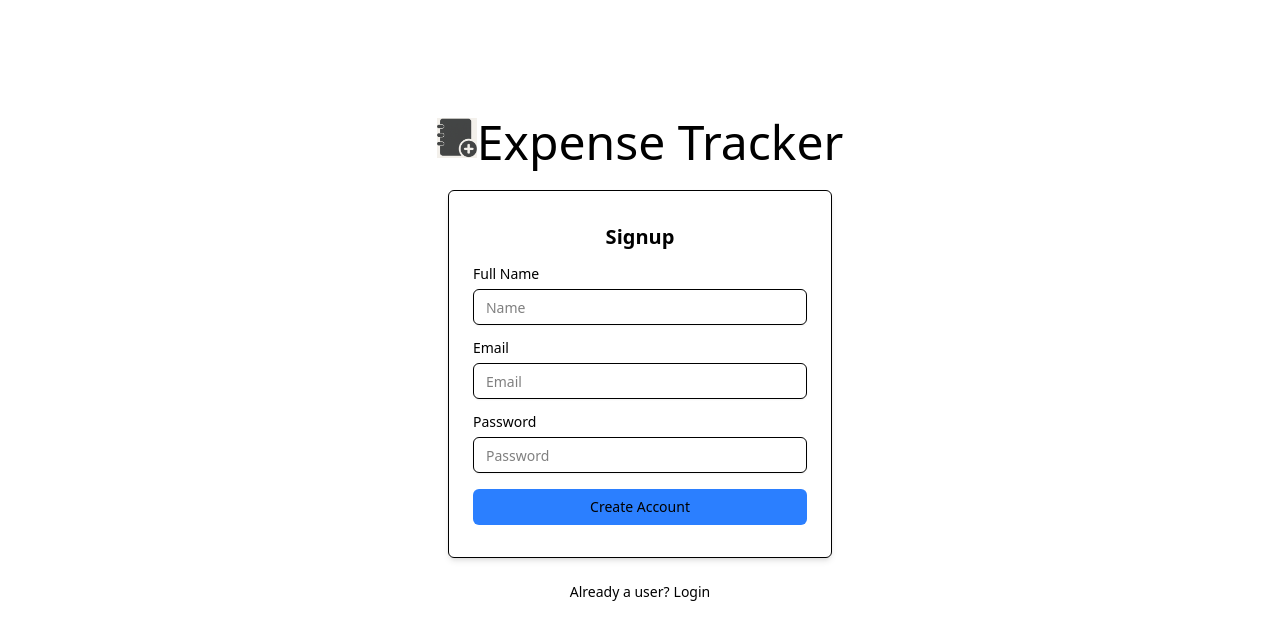
Repository: Syed-Mohsin-Ali786/frontend-expense-tracker
Page: /signup
An editor plug-in stored every save of this project. The page is shown before and after the next save, followed by the edit.
The browser window is 1280 px wide. The pictures show the whole page.
The project was rebuilt for these pictures with package versions that can differ from the ones it lists, and the page was loaded fresh each time. Also part of the build but not shown: src/components/ui/dialog.tsx, src/components/AddExpenseDialog.tsx, src/pages/MainPage.tsx.

Above is the page before, as saved 2025-09-30 11:02:12.

### index.html
<!doctype html>
<html lang="en">
  <head>
    <meta charset="UTF-8" />
    <link rel="icon" type="image/svg+xml" href="/ExpenseTracker.png" />
    <meta name="viewport" content="width=device-width, initial-scale=1.0" />
    <title>Expense Tracker</title>
  </head>
  <body>
    <div id="root"></div>
    <script type="module" src="/src/main.tsx"></script>
  </body>
</html>

### src/main.tsx
import { StrictMode } from "react";
import { createRoot } from "react-dom/client";

import App from "./App.tsx";
import { BrowserRouter } from "react-router-dom";

createRoot(document.getElementById("root")!).render(
    <StrictMode>
  <BrowserRouter>
      <App />
  </BrowserRouter>
    </StrictMode>
);

### src/App.tsx
import { Route, Routes } from "react-router-dom";
import MainPage from "./pages/MainPage";
import "./App.css";
import SignUp from "./pages/SignUp";


function App() {
  return (
    <>
    <Routes>

      <Route path="/" element={<MainPage/>}/>
      <Route path="/signup" element={<SignUp/>}/>
    </Routes>
    </>
  );
}

export default App;

### src/pages/SignUp.tsx
import { Button } from "@/components/ui/button";
import { Input } from "@/components/ui/input";
import { Label } from "@/components/ui/label";
import { Link } from "react-router";

interface Signup2Props {
  heading?: string;
  logo?: {
    url: string;
    src: string;
    alt: string;
    title?: string;
  };
  buttonText?: string;
  googleText?: string;
  signupText?: string;
  signupUrl?: string;
}

const SignUp = ({
  heading = "Signup",
  logo = {
    url: "/",
    src: "/ExpenseTracker.png",
    alt: "logo",
    title: "Expense Tracker",
  },
   buttonText = "Create Account",
  signupText = "Already a user?",
  signupUrl = "/login",
}: Signup2Props) => {
  return (
    <section className="bg-muted h-screen">
      <div className="flex h-full items-center justify-center">
        <div className="flex flex-col items-center gap-6 lg:justify-start">
          {/* Logo */}
          <Link to={logo.url} className="flex">
            <img
              src={logo.src}
              alt={logo.alt}
              title={logo.title}
              className="h-10 dark:invert"
            />
            <h1 className="text-2xl sm:text-3xl md:text-4xl lg:text-5xl">{logo.title}</h1>
          </Link>
          <div className="min-w-sm border-muted bg-background flex w-full max-w-sm flex-col items-center gap-y-4 rounded-md border px-6 py-8 shadow-md">
            {heading && <h1 className="text-xl font-semibold">{heading}</h1>}
            <div className="flex w-full flex-col gap-2">
              <Label>Full Name</Label>
              <Input
                type="text"
                placeholder="Name"
                className="text-sm"
                required
              />
            </div>
            <div className="flex w-full flex-col gap-2">
              <Label>Email</Label>
              <Input
                type="email"
                placeholder="Email"
                className="text-sm"
                required
              />
            </div>
            <div className="flex w-full flex-col gap-2">
              <Label>Password</Label>
              <Input
                type="password"
                placeholder="Password"
                className="text-sm"
                required
              />
            </div>
            <Button type="submit" className="w-full bg-blue-500 hover:bg-blue-600 cursor-pointer">
              {buttonText}
            </Button>
          </div>
          <div className="text-muted-foreground flex justify-center gap-1 text-sm">
            <p>{signupText}</p>
            <Link
              to={signupUrl}
              className="text-primary font-medium hover:underline"
            >
              Login
            </Link>
          </div>
        </div>
      </div>
    </section>
  );
};

export default SignUp;

### src/components/ui/button.tsx
import * as React from "react"
import { Slot } from "@radix-ui/react-slot"
import { cva, type VariantProps } from "class-variance-authority"

import { cn } from "@/lib/utils"

const buttonVariants = cva(
  "inline-flex items-center justify-center gap-2 whitespace-nowrap rounded-md text-sm font-medium transition-all disabled:pointer-events-none disabled:opacity-50 [&_svg]:pointer-events-none [&_svg:not([class*='size-'])]:size-4 shrink-0 [&_svg]:shrink-0 outline-none focus-visible:border-ring focus-visible:ring-ring/50 focus-visible:ring-[3px] aria-invalid:ring-destructive/20 dark:aria-invalid:ring-destructive/40 aria-invalid:border-destructive",
  {
    variants: {
      variant: {
        default: "bg-primary text-primary-foreground hover:bg-primary/90",
        destructive:
          "bg-destructive text-white hover:bg-destructive/90 focus-visible:ring-destructive/20 dark:focus-visible:ring-destructive/40 dark:bg-destructive/60",
        outline:
          "border bg-background shadow-xs hover:bg-accent hover:text-accent-foreground dark:bg-input/30 dark:border-input dark:hover:bg-input/50",
        secondary:
          "bg-secondary text-secondary-foreground hover:bg-secondary/80",
        ghost:
          "hover:bg-accent hover:text-accent-foreground dark:hover:bg-accent/50",
        link: "text-primary underline-offset-4 hover:underline",
        expense:"cursor-pointer hover:bg-blue-600 bg-blue-500  md:px-6 lg:px-8 rounded-[12px] font-semibold text-[#ffff] text-2xl"
      },
      size: {
        default: "h-9 px-4 py-2 has-[>svg]:px-3",
        sm: "h-8 rounded-md gap-1.5 px-3 has-[>svg]:px-2.5",
        lg: "h-10 rounded-md px-6 has-[>svg]:px-4",
        icon: "size-9",
      },
    },
    defaultVariants: {
      variant: "default",
      size: "default",
    },
  }
)

function Button({
  className,
  variant,
  size,
  asChild = false,
  ...props
}: React.ComponentProps<"button"> &
  VariantProps<typeof buttonVariants> & {
    asChild?: boolean
  }) {
  const Comp = asChild ? Slot : "button"

  return (
    <Comp
      data-slot="button"
      className={cn(buttonVariants({ variant, size, className }))}
      {...props}
    />
  )
}

export { Button }

### src/components/ui/input.tsx
import * as React from "react"

import { cn } from "@/lib/utils"

function Input({ className, type, ...props }: React.ComponentProps<"input">) {
  return (
    <input
      type={type}
      data-slot="input"
      className={cn(
        "file:text-foreground placeholder:text-muted-foreground selection:bg-primary selection:text-primary-foreground dark:bg-input/30 border-input h-9 w-full min-w-0 rounded-md border bg-transparent px-3 py-1 text-base shadow-xs transition-[color,box-shadow] outline-none file:inline-flex file:h-7 file:border-0 file:bg-transparent file:text-sm file:font-medium disabled:pointer-events-none disabled:cursor-not-allowed disabled:opacity-50 md:text-sm",
        "focus-visible:border-ring focus-visible:ring-ring/50 focus-visible:ring-[3px]",
        "aria-invalid:ring-destructive/20 dark:aria-invalid:ring-destructive/40 aria-invalid:border-destructive",
        className
      )}
      {...props}
    />
  )
}

export { Input }

Loaded but not shown: src/App.css (common file); src/components/ui/label.tsx (common file); src/lib/utils.ts (common file)

After the next save:
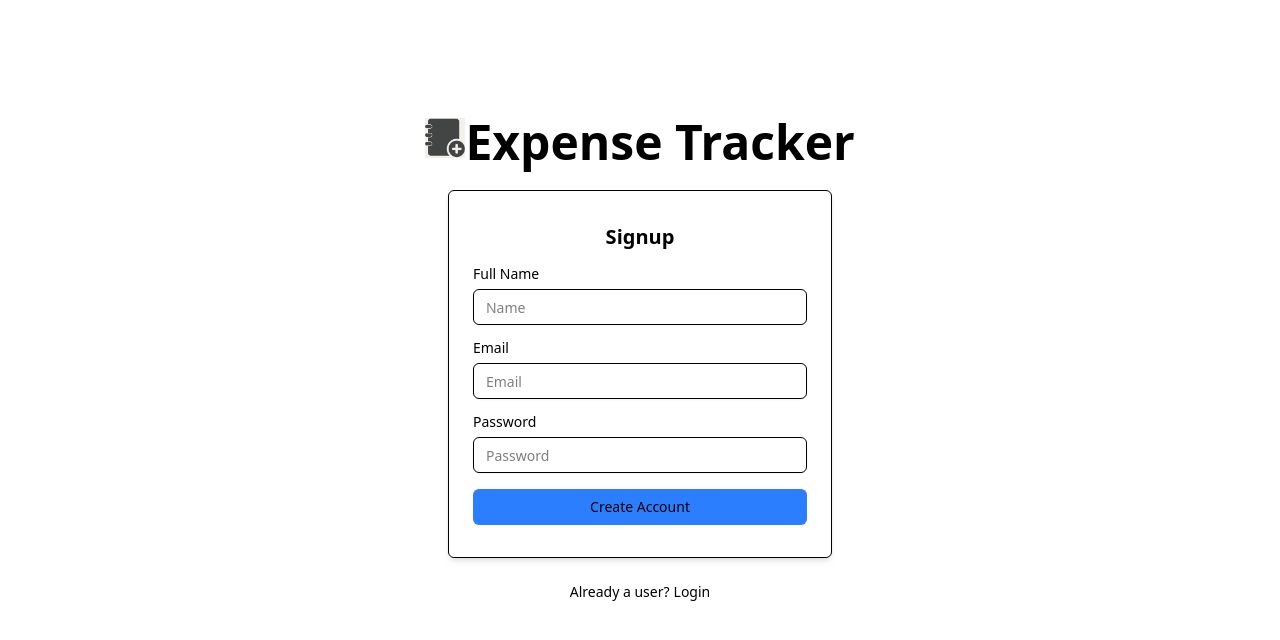
Saved 18 s later.
--- a/src/pages/SignUp.tsx
+++ b/src/pages/SignUp.tsx
@@ -41,7 +41,7 @@ const SignUp = ({
               title={logo.title}
               className="h-10 dark:invert"
             />
-            <h1 className="text-2xl sm:text-3xl md:text-4xl lg:text-5xl">{logo.title}</h1>
+            <h1 className="text-2xl font-semibold sm:text-3xl md:text-4xl lg:text-5xl">{logo.title}</h1>
           </Link>
           <div className="min-w-sm border-muted bg-background flex w-full max-w-sm flex-col items-center gap-y-4 rounded-md border px-6 py-8 shadow-md">
             {heading && <h1 className="text-xl font-semibold">{heading}</h1>}
